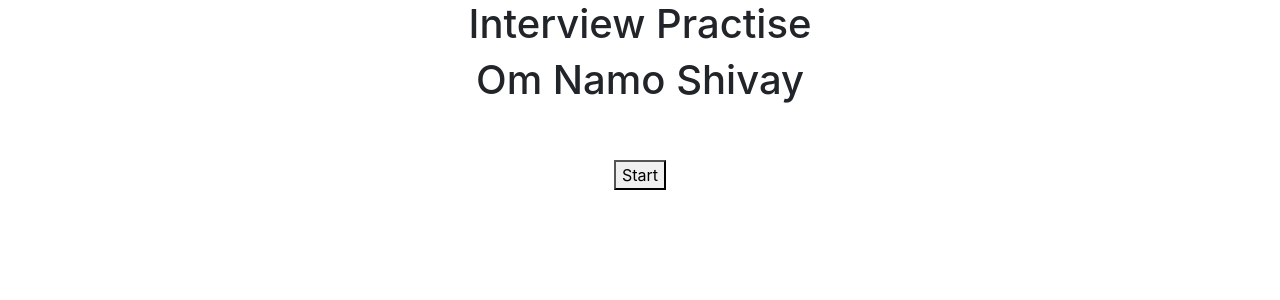
Repository: punitbathija/Machine-Round-React
Page: /
These files come from the project's save history. The page is drawn as it stood at one moment and after the next save; the edit follows.
The browser window is 1280 px wide. The pictures show the whole page.
The project was rebuilt for these pictures with package versions that can differ from the ones it lists, and the page was loaded fresh each time. Also part of the build but not shown: src/components/counter.jsx.

Above is the page before, as saved 2023-06-01 13:07:22.

After the next save:
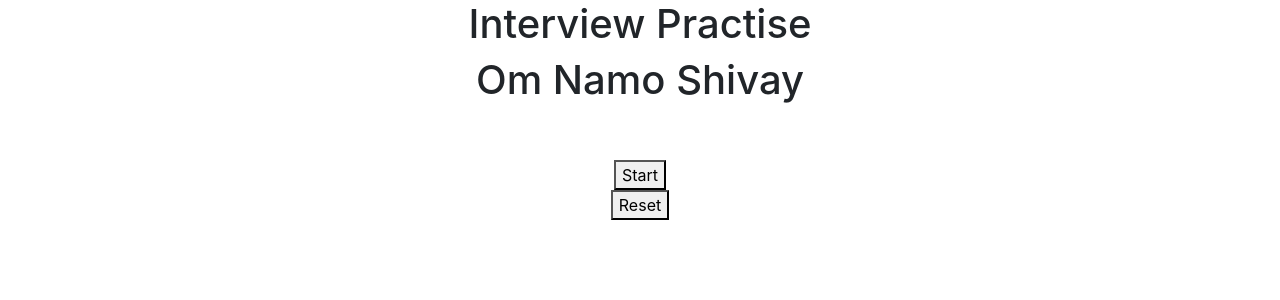
Saved 25 s later.
--- a/src/components/ProgressBar.js
+++ b/src/components/ProgressBar.js
@@ -49,6 +49,7 @@ const ProgressBar = () => {
       )}
       <br />
       <button onClick={() => setIsRunning(true)}>Start</button>
+      <button onClick={resetCounter}>Reset</button>
     </div>
   );
 };
